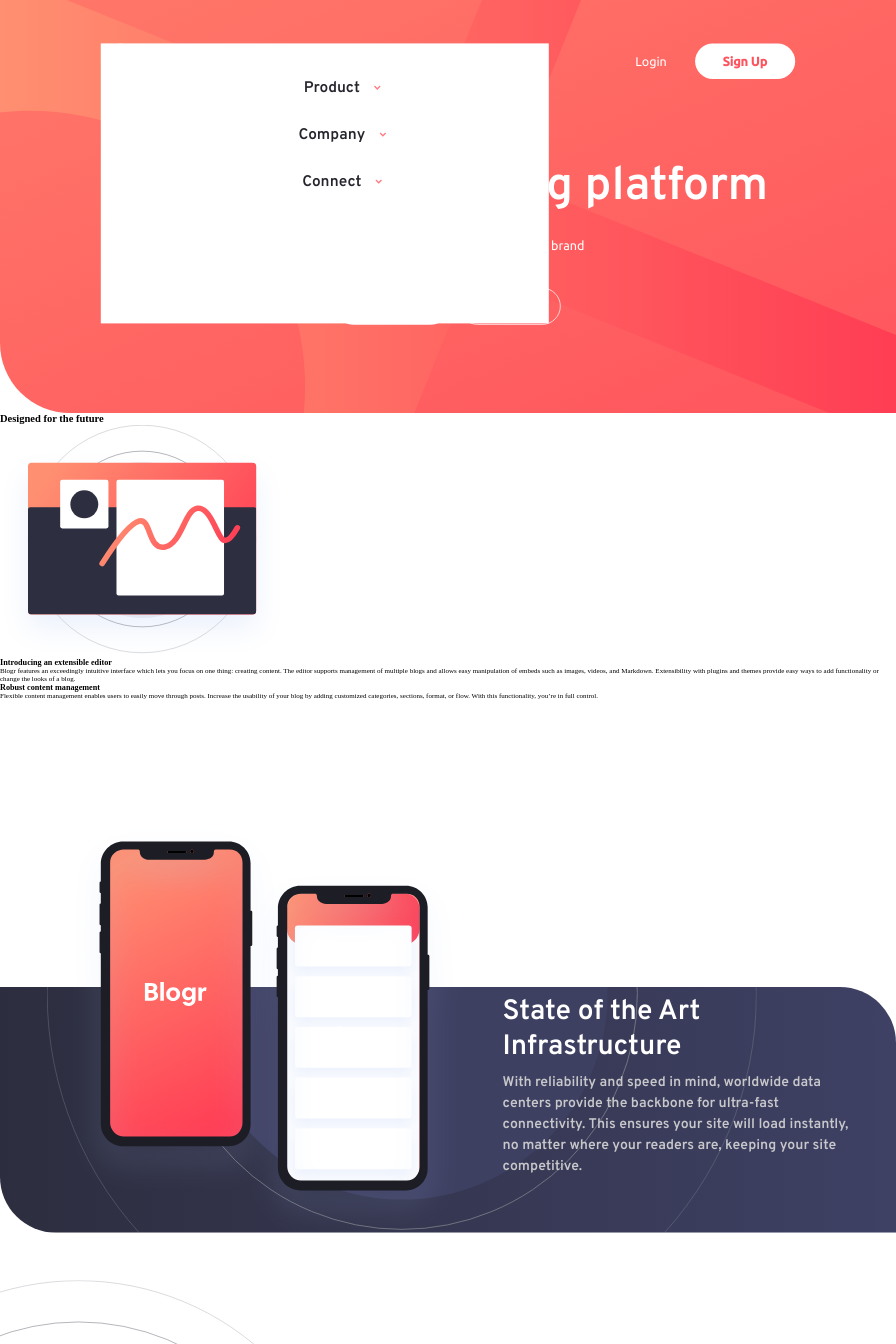
Repository: tomas938/tomaspage3
Page: index.html
These files come from the project's save history. The page is drawn as it stood at one moment and after the next save; the edit follows.
The browser window is 1280 px wide. The pictures show the part of the page from y = 0 to 1920 px (the page is 3157 px tall), at 70% of full size.
The style sheet was rebuilt from its Sass, Less or Tailwind sources for each picture, by a compiler version that may differ from the author's.

Above is the page before, as saved 2021-07-30 17:14:43.

### index.html
<!DOCTYPE html>
<html lang="en">
	<head>
		<meta charset="UTF-8" />
		<meta name="viewport" content="width=device-width, initial-scale=1.0" />
		<!-- displays site properly based on user's device -->

		<link
			rel="icon"
			type="image/png"
			sizes="32x32"
			href="./images/favicon-32x32.png"
		/>

		<title>Frontend Mentor | [Blogr]</title>

		<link rel="stylesheet" href="./scss/main.css" />
	</head>
	<body>
		<section class="intro">
			<header>
				<nav class="intro__navigation">
					<div class="intro__navigation__logo">
						<svg width="101" height="40" xmlns="http://www.w3.org/2000/svg">
							<path
								d="M0 30.803V1.486h10.653c1.982 0 3.695.31 5.14.93 1.446.619 2.56 1.5 3.345 2.642.785 1.142 1.177 2.484 1.177 4.026 0 1.404-.303 2.636-.909 3.695a6.48 6.48 0 01-2.56 2.498c1.487.578 2.643 1.494 3.469 2.746.826 1.253 1.239 2.732 1.239 4.439 0 1.707-.44 3.18-1.322 4.418-.88 1.239-2.12 2.202-3.716 2.89-1.596.688-3.482 1.033-5.657 1.033H0zM5.946 6.565v6.73h4.046c1.35 0 2.388-.282 3.118-.846.73-.564 1.094-1.397 1.094-2.498 0-1.101-.365-1.94-1.094-2.519-.73-.578-1.769-.867-3.118-.867H5.946zm0 19.159h4.624c1.542 0 2.732-.33 3.572-.991.84-.66 1.26-1.61 1.26-2.85 0-1.238-.42-2.188-1.26-2.848-.84-.66-2.03-.991-3.572-.991H5.946v7.68zm19.282 5.079V0h5.781v30.803h-5.78zm20.893.619c-1.624 0-3.124-.29-4.5-.867a10.94 10.94 0 01-3.593-2.416 10.96 10.96 0 01-2.374-3.654c-.564-1.404-.846-2.931-.846-4.583 0-1.652.289-3.173.867-4.563a11.354 11.354 0 012.415-3.654 10.96 10.96 0 013.634-2.436c1.39-.578 2.91-.867 4.562-.867 1.625 0 3.125.289 4.501.867a10.94 10.94 0 013.592 2.416 11.01 11.01 0 012.375 3.633c.564 1.39.846 2.911.846 4.563 0 1.651-.289 3.179-.867 4.583a11.297 11.297 0 01-2.416 3.675 10.96 10.96 0 01-3.633 2.436c-1.39.578-2.911.867-4.563.867zm.083-5.203c1.046 0 1.982-.275 2.808-.825.825-.551 1.48-1.301 1.96-2.25.483-.95.723-2.03.723-3.242 0-1.211-.24-2.292-.722-3.241-.482-.95-1.136-1.7-1.961-2.25-.826-.551-1.762-.826-2.808-.826-1.046 0-1.982.275-2.808.825-.826.55-1.48 1.301-1.961 2.25-.482.95-.723 2.03-.723 3.242 0 1.211.241 2.292.723 3.241.482.95 1.135 1.7 1.961 2.25.826.551 1.762.826 2.808.826zm24.155 3.964a9.13 9.13 0 01-3.86-.826 9.492 9.492 0 01-3.118-2.291c-.881-.977-1.57-2.12-2.065-3.427-.495-1.308-.743-2.719-.743-4.233 0-1.569.255-3.02.764-4.356a10.614 10.614 0 012.147-3.489 10.174 10.174 0 013.22-2.333c1.225-.564 2.554-.846 3.985-.846 1.404 0 2.67.282 3.799.846a7.402 7.402 0 012.807 2.457l.124-2.684h5.327v19.2c0 1.68-.269 3.207-.805 4.584-.537 1.376-1.301 2.56-2.292 3.55a10.231 10.231 0 01-3.53 2.292c-1.363.537-2.87.805-4.522.805-1.624 0-3.083-.254-4.376-.764a10.468 10.468 0 01-3.386-2.126 10.035 10.035 0 01-2.271-3.18L67.097 32a5.452 5.452 0 001.92 1.879c.784.454 1.672.681 2.663.681 1.074 0 2.003-.24 2.787-.723.785-.481 1.397-1.156 1.838-2.023.44-.867.66-1.879.66-3.035v-1.775a7.793 7.793 0 01-2.828 2.333c-1.143.564-2.402.846-3.778.846zm1.404-5.12c1.018 0 1.92-.254 2.704-.764a5.556 5.556 0 001.879-2.064c.468-.867.702-1.851.702-2.952 0-1.102-.234-2.086-.702-2.953a5.556 5.556 0 00-1.879-2.064c-.784-.51-1.686-.764-2.704-.764-1.019 0-1.92.255-2.705.764a5.556 5.556 0 00-1.879 2.064c-.468.867-.702 1.851-.702 2.953 0 1.1.234 2.085.702 2.952a5.556 5.556 0 001.88 2.064c.784.51 1.685.764 2.704.764zm15.607 5.74V9h5.327l.206 3.304c.55-1.157 1.294-2.044 2.23-2.664.936-.62 2.037-.929 3.303-.929.386 0 .77.035 1.156.103.386.07.73.159 1.033.269l-.62 5.698a4.361 4.361 0 00-.929-.227 7.495 7.495 0 00-.97-.062c-1.597 0-2.822.489-3.675 1.466-.853.977-1.28 2.36-1.28 4.15v10.694h-5.78z"
								fill="#FFF"
								fill-rule="nonzero"
							/>
						</svg>
						<ul>
							<li>
								<a href="#">Product</a>
								<svg xmlns="http://www.w3.org/2000/svg" width="10" height="7">
									<path
										fill="none"
										stroke="#FFF"
										stroke-width="2"
										opacity=".75"
										d="M1 1l4 4 4-4"
									/>
								</svg>
							</li>
							<li>
								<a href="#">Company</a>
								<svg xmlns="http://www.w3.org/2000/svg" width="10" height="7">
									<path
										fill="none"
										stroke="#FFF"
										stroke-width="2"
										opacity=".75"
										d="M1 1l4 4 4-4"
									/>
								</svg>
							</li>
							<li>
								<a href="#">Connect</a>
								<svg xmlns="http://www.w3.org/2000/svg" width="10" height="7">
									<path
										fill="none"
										stroke="#FFF"
										stroke-width="2"
										opacity=".75"
										d="M1 1l4 4 4-4"
									/>
								</svg>
							</li>
						</ul>
					</div>
					<div class="intro__navigation__login">
						<div class="button button--1">Login</div>
						<div class="button button--2">Sign Up</div>
					</div>
					<div class="intro__navigation__mobile">
						<span class="line1"></span>
						<span class="line2"></span>
						<span class="line3"></span>
					</div>

					<ul class="mobile__links">
						<li>
							<a href="#">Product</a>
							<svg xmlns="http://www.w3.org/2000/svg" width="10" height="7">
								<path
									fill="none"
									stroke="hsl(356, 100%, 66%)"
									stroke-width="2"
									opacity=".75"
									d="M1 1l4 4 4-4"
								/>
							</svg>
						</li>
						<li>
							<a href="#">Company</a>
							<svg xmlns="http://www.w3.org/2000/svg" width="10" height="7">
								<path
									fill="none"
									stroke="hsl(356, 100%, 66%)"
									stroke-width="2"
									opacity=".75"
									d="M1 1l4 4 4-4"
								/>
							</svg>
						</li>
						<li>
							<a href="#">Connect</a>
							<svg xmlns="http://www.w3.org/2000/svg" width="10" height="7">
								<path
									fill="none"
									stroke="hsl(356, 100%, 66%)"
									stroke-width="2"
									opacity=".75"
									d="M1 1l4 4 4-4"
								/>
							</svg>
						</li>
					</ul>
				</nav>
			</header>
			<div class="intro__description">
				<h1>A modern publishing platform</h1>
				<p>Grow your audience and build your online brand</p>
				<div class="intro__description__buttons">
					<div class="button button--3">Start for Free</div>
					<div class="button button--4">Learn More</div>
				</div>
			</div>
		</section>
		<section class="about">
			<h2>Designed for the future</h2>
			<div class="about__container">
				<img src="/images/illustration-editor-mobile.svg" alt="" />
				<div class="about__container__items">
					<div class="content">
						<h3>Introducing an extensible editor</h3>
						<p>
							Blogr features an exceedingly intuitive interface which lets you
							focus on one thing: creating content. The editor supports
							management of multiple blogs and allows easy manipulation of
							embeds such as images, videos, and Markdown. Extensibility with
							plugins and themes provide easy ways to add functionality or
							change the looks of a blog.
						</p>
					</div>
					<div class="content">
						<h3>Robust content management</h3>
						<p>
							Flexible content management enables users to easily move through
							posts. Increase the usability of your blog by adding customized
							categories, sections, format, or flow. With this functionality,
							you’re in full control.
						</p>
					</div>
				</div>
			</div>
		</section>
		<section class="mobiles">
			<img src="/images/illustration-phones.svg" alt="" />
			<div class="mobiles__content">
				<h2>State of the Art Infrastructure</h2>
				<p>
					With reliability and speed in mind, worldwide data centers provide the
					backbone for ultra-fast connectivity. This ensures your site will load
					instantly, no matter where your readers are, keeping your site
					competitive.
				</p>
			</div>
		</section>
		<section class="desktop">
			<div class="desktop__container">
				<img src="/images/illustration-laptop-mobile.svg" alt="" />
				<div class="desktop__container__items">
					<div class="content">
						<h3>Free, open, simple</h3>
						<p>
							Blogr is a free and open source application backed by a large
							community of helpful developers. It supports features such as code
							syntax highlighting, RSS feeds, social media integration,
							third-party commenting tools, and works seamlessly with Google
							Analytics. The architecture is clean and is relatively easy to
							learn.
						</p>
					</div>
					<div class="content">
						<h3>Powerful tooling</h3>
						<p>
							Batteries included. We built a simple and straightforward CLI tool
							that makes customization and deployment a breeze, but capable of
							producing even the most complicated sites.
						</p>
					</div>
				</div>
			</div>
		</section>
		<footer>
			<div class="logo">
				<img src="/images/logo.svg" alt="" />
			</div>
			<div class="product">
				<h5>Product</h5>
				<a href="#">Overview</a>
				<a href="#">Pricing</a>
				<a href="#">Marketplace</a>
				<a href="#">Features</a>
				<a href="#">Integrations</a>
			</div>
			<div class="company">
				<h5>Company</h5>
				<a href="#">About</a>
				<a href="#">Team</a>
				<a href="#">Blog</a>
				<a href="#">Careers</a>
			</div>
			<div class="connect">
				<h5>Connect</h5>
				<a href="#">Connect</a>
				<a href="#">Newsletter</a>
				<a href="#">LinkedIn</a>
			</div>
		</footer>
	</body>
</html>

### scss/main.scss
@import "../scss_partials/variables";
@import "../scss_partials/resets";
@import "../scss_partials/intro";
@import "../scss_partials/about";
@import "../scss_partials/mobiles";
@import "../scss_partials/desktop";
@import "../scss_partials/footer";

### scss_partials/_variables.scss
//Colors

/* PRIMARY */

$light-red: hsl(356, 100%, 66%);
$very-light-red: hsl(355, 100%, 74%);
$very-dark-blue: hsl(208, 49%, 24%);

/* NEUTRAL */

$white: hsl(0, 0%, 100%);
$grayish-blue: hsl(240, 2%, 79%); //Footer Text
$very-dark-grayish-blue: hsl(207, 13%, 34%);
$very-dark-black-blue: hsl(240, 10%, 16%); //Footer Background

/* GRADIENT */

$very-light-red-gradient: hsl(13, 100%, 72%); // Intro /CTA
$light-red-gradient: hsl(353, 100%, 62%); // Intro /CTA

$very-dark-gray-blue: hsl(237, 17%, 21%); // Background body gradient
$very-dark-desaturated-blue: hsl(237, 23%, 32%); // Background body gradient

//Fonts

@import url("https://fonts.googleapis.com/css2?family=Overpass:wght@300;600&display=swap");

$font-primary: "Overpass", sans-serif;
$font-weight-primary-light: 300;
$font-weight-primary-bold: 600;

@import url("https://fonts.googleapis.com/css2?family=Ubuntu:ital,wght@0,400;0,500;1,700&display=swap");

$font-secondary: "Ubuntu", sans-serif;

$font-weight-secondary-light: 400;
$font-weight-secondary-medium: 500;
$font-weight-secondary-bold: 700;

### scss_partials/_resets.scss
* {
	margin: 0;
	padding: 0;
	box-sizing: border-box;
}
html {
	font-size: 62.5%;
	@media only screen and (max-width: 1000px) {
		font-size: 52.5%;
	}
}
li {
	list-style: none;
}
a {
	text-decoration: none;
}

### scss_partials/_intro.scss
.intro {
	height: 82vh;
	background-image: url(../images/bg-pattern-intro.svg),
		linear-gradient(to right, $very-light-red-gradient, $light-red-gradient);
	background-position: center center;
	border-bottom-left-radius: 10rem;
	font-family: $font-secondary;
	font-weight: $font-weight-secondary-light;
	color: $white;
	font-size: 1.8rem;
	header {
		width: 100%;
	}
	&__navigation {
		width: 77.5%;
		margin: auto;
		padding: 6.2rem 0;
		display: flex;
		justify-content: space-between;
		&__logo {
			display: flex;
		}
		ul {
			display: flex;
			align-items: center;
			@media only screen and (max-width: 900px) {
				display: none;
			}
		}
		li {
			margin-left: 5rem;
		}

		a {
			color: $white;
		}
		&__login {
			display: flex;
			align-items: center;
			@media only screen and (max-width: 900px) {
				display: none;
			}
		}
		&__mobile {
			display: flex;
			display: none;
			@media only screen and (max-width: 900px) {
				display: flex;
			}
			align-items: center;
			flex-direction: column;
			justify-content: center;
			span {
				width: 3.5rem;
				height: 0.4rem;
				background-color: $white;
				margin-top: 0.7rem;
			}
		}
		.mobile__links {
			opacity: 1;
			position: absolute;
			background-color: $white;
			padding: 5rem;
			height: 40rem;
			width: 50%;
			font-family: $font-primary;
			font-weight: $font-weight-primary-bold;
			display: flex;
			flex-direction: column;
			align-items: center;
			justify-content: flex-start;
			svg {
				transform: scale(1);
				fill: $light-red;
			}
			ul {
				border-bottom: 5px solid red;
			}
			li {
				margin-bottom: 4rem;
				display: flex;
				flex-direction: row;
				align-items: center;
			}
			a {
				color: $very-dark-black-blue;
				margin-right: 2rem;
				font-size: 2.2rem;
			}
		}
	}
	&__description {
		h1 {
			padding: 5rem 0 3rem 0;
			font-size: 6.7rem;
			text-align: center;
			font-family: $font-primary;
			font-weight: $font-weight-primary-bold;
			@media only screen and (max-width: 800px) {
				font-size: 4.7rem;
			}
			@media only screen and (max-width: 565px) {
				font-size: 3.7rem;
			}
		}
		p {
			text-align: center;
		}
		&__buttons {
			padding: 5rem 0;

			margin: auto;
			display: flex;
			justify-content: center;
		}
	}
}
.button {
	cursor: pointer;
	padding: 1.5rem 4rem;
	border-radius: 3rem;
}
.button--2 {
	background-color: $white;
	color: $light-red;
	font-family: $font-secondary;
	font-weight: $font-weight-secondary-bold;
	transition: all 0.3s ease-in-out;
}
.button--2:hover {
	background-color: hsla(0, 0%, 100%, 0.267);
	color: $white;
}
.button--3 {
	background-color: $white;
	color: $light-red;
	font-family: $font-secondary;
	font-weight: $font-weight-secondary-bold;
	transition: all 0.3s ease-in-out;
	padding: 1.5rem 2.5rem;
}
.button--3:hover {
	background-color: hsla(0, 0%, 100%, 0.267);
	color: $white;
}
.button--4 {
	margin-left: 1.5rem;
	border: 1px solid $white;
	padding: 1.5rem 2.5rem;
}

### scss_partials/about.scss
.about {
	height: 100vh;
}

### scss_partials/_mobiles.scss
.mobiles {
	margin-top: 10rem;
	background-image: url(../images/bg-pattern-circles.svg),
		linear-gradient(to right, $very-dark-gray-blue, $very-dark-desaturated-blue);

	background-repeat: no-repeat;
	background-position: 25% 75%;
	border-bottom-left-radius: 8rem;
	border-top-right-radius: 8rem;
	font-family: $font-primary;
	display: flex;
	align-items: flex-end;
	justify-content: flex-end;
	position: relative;
	color: $white;
	height: 35.1rem;
	@media only screen and (max-width: 900px) {
		height: 55.1rem;
	}
	img {
		position: absolute;
		left: 8%;
		@media only screen and (max-width: 1150px) {
			left: 1%;
		}
		@media only screen and (max-width: 1000px) {
			transform: scale(0.75);
			top: -42%;
			left: -5%;
		}
		@media only screen and (max-width: 900px) {
			transform: scale(0.75);
			left: 50%;
			top: -36%;
			transform: translateX(-50%);
			height: 90%;
		}
		@media only screen and (max-width: 570px) {
			height: 80%;

			top: -35%;
		}
		@media only screen and (max-width: 338px) {
			height: 60%;
			top: -29%;
		}
	}
	&__content {
		margin-right: 17rem;
		padding: 10rem 0;
		width: 40%;
		@media only screen and (max-width: 1350px) {
			margin-right: 5rem;
			padding: 8rem 0;
		}

		@media only screen and (max-width: 900px) {
			margin-right: 2rem;
			width: 50%;
			width: 80%;
			margin: 0 auto;
			text-align: center;
		}
		@media only screen and (max-width: 570px) {
			padding: 4rem 0;
		}

		h2 {
			font-size: 4rem;
			font-weight: $font-weight-primary-bold;
		}
		p {
			margin-top: 1rem;
			font-size: 2rem;
			line-height: 3rem;
			font-weight: $font-weight-primary-bold;
			color: $grayish-blue;
		}
	}
}

### scss_partials/_desktop.scss
.desktop {
	padding: 20rem 0;
	font-family: $font-primary;
	background-image: url(../images/illustration-laptop-desktop.svg);
	background-repeat: no-repeat;
	background-position: bottom 10rem left -28rem;
	@media only screen and (max-width: 1250px) {
		background-position: bottom 10rem left -38rem;
	}
	@media only screen and (max-width: 1100px) {
		background-position: bottom 10rem left -50rem;
	}
	@media only screen and (max-width: 1000px) {
		background-position: bottom 6rem left -55rem;
	}
	@media only screen and (max-width: 900px) {
		background-image: url("");
	}
	h2 {
		text-align: center;
		font-size: 4rem;
		color: $very-dark-blue;
		padding: 17rem 0 10rem 0;
	}
	&__container {
		display: flex;
		justify-content: flex-end;
		@media only screen and (max-width: 900px) {
			display: flex;
			flex-direction: column;
		}
		img {
			display: none;
			@media only screen and (max-width: 900px) {
				display: block;
				margin: 5rem auto;
				display: flex;
				flex-direction: column;
			}
			@media only screen and (max-width: 550px) {
				width: 100%;
				height: 100%;
			}
		}
		&__items {
			width: 50%;
			@media only screen and (max-width: 900px) {
				width: 80%;
				margin: auto;
				text-align: center;
			}
		}
		.content {
			margin-right: 17rem;
			@media only screen and (max-width: 1350px) {
				margin-right: 5rem;
			}
			@media only screen and (max-width: 900px) {
				margin-right: 0rem;
			}
		}
		h3 {
			font-size: 3rem;
			color: $very-dark-blue;
		}
		p {
			color: $very-dark-grayish-blue;
			line-height: 3rem;
			padding: 4rem 0 8rem;
			font-size: 2rem;
		}
	}
}

### scss_partials/_footer.scss
footer {
	padding: 10rem 15rem;
	background-color: $very-dark-black-blue;
	color: $grayish-blue;
	border-top-right-radius: 15rem;
	display: flex;
	flex-direction: column;
	align-items: center;
	font-family: $font-primary;
	@media only screen and (max-width: 800px) {
		padding: 10rem 0rem;
	}
	@media only screen and (min-width: 500px) {
		flex-direction: row;
		align-items: flex-start;
		justify-content: space-around;
	}
	.product {
		display: flex;
		flex-direction: column;
		align-items: flex-start;
		padding: 2rem;
		@media only screen and (min-width: 500px) {
			padding: 0rem;
			justify-items: flex-start;
		}
	}
	.company {
		display: flex;
		flex-direction: column;
		align-items: flex-start;
		padding: 2rem;
		@media only screen and (min-width: 500px) {
			padding: 0rem;
			justify-items: flex-start;
		}
	}
	.connect {
		display: flex;
		flex-direction: column;
		align-items: flex-start;
		padding: 2rem;
		@media only screen and (min-width: 500px) {
			padding: 0rem;
			justify-items: flex-start;
		}
	}
	a {
		color: $grayish-blue;
		font-size: 2rem;
		margin-bottom: 1rem;
		position: relative;
	}
	a::before {
		content: "";
		position: absolute;
		top: 23px;
		width: 50%;
		left: 20%;
		height: 0.3rem;
		background-color: $grayish-blue;
		opacity: 0;
		transition: all 0.3s ease-in-out;
	}
	a:hover::before {
		opacity: 1;
		left: 0;
		width: 100%;
		transition: all 0.3s ease-in-out;
	}
	h5 {
		font-size: 2.5rem;
		padding: 3rem;
		padding-left: 0;
		color: $white;
		@media only screen and (min-width: 500px) {
			padding-top: 0rem;
		}
	}
}

After the next save:
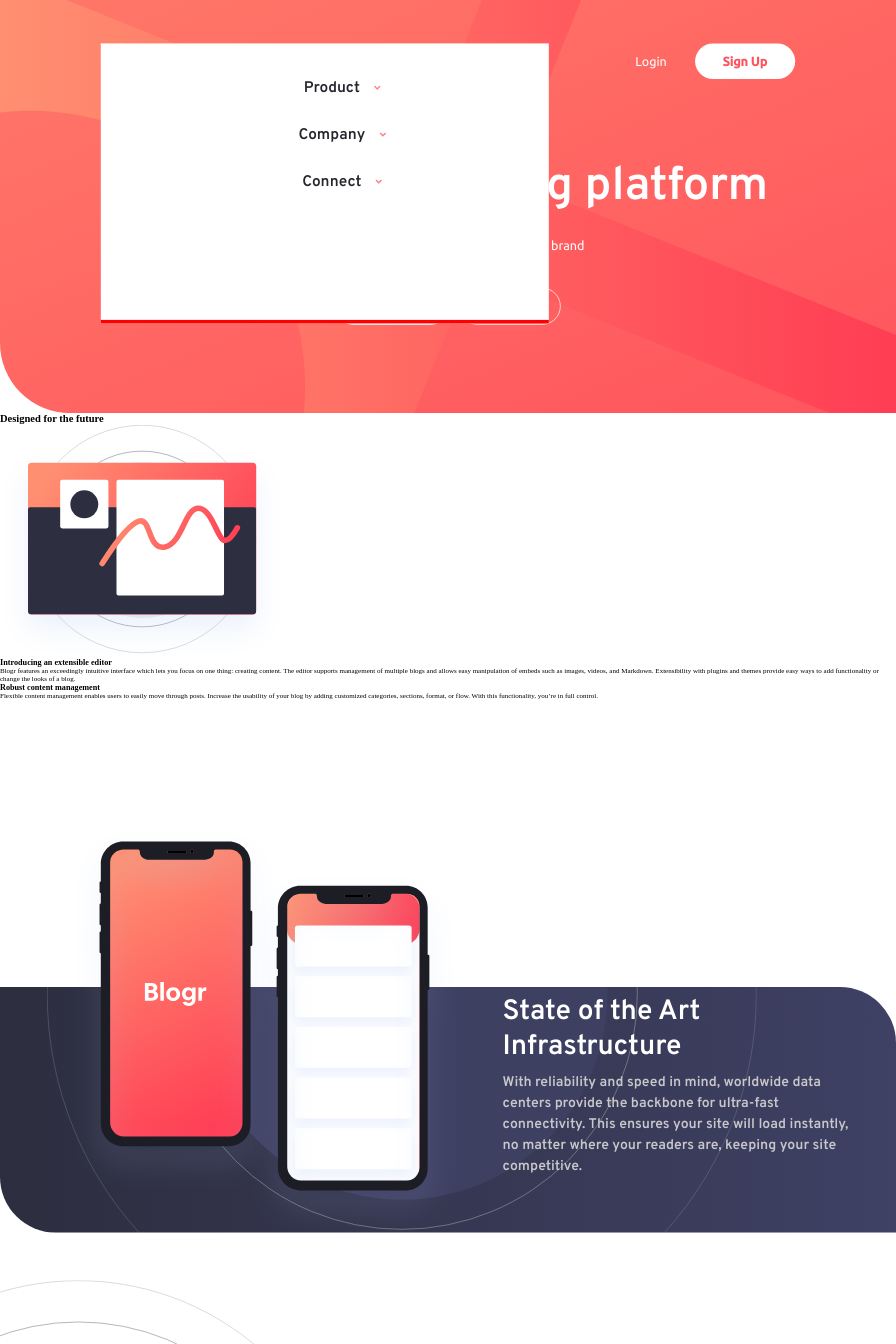
Saved 6 s later.
--- a/scss_partials/_intro.scss
+++ b/scss_partials/_intro.scss
@@ -70,12 +70,12 @@
 			flex-direction: column;
 			align-items: center;
 			justify-content: flex-start;
+			border-bottom: 5px solid red;
 			svg {
 				transform: scale(1);
 				fill: $light-red;
 			}
 			ul {
-				border-bottom: 5px solid red;
 			}
 			li {
 				margin-bottom: 4rem;
